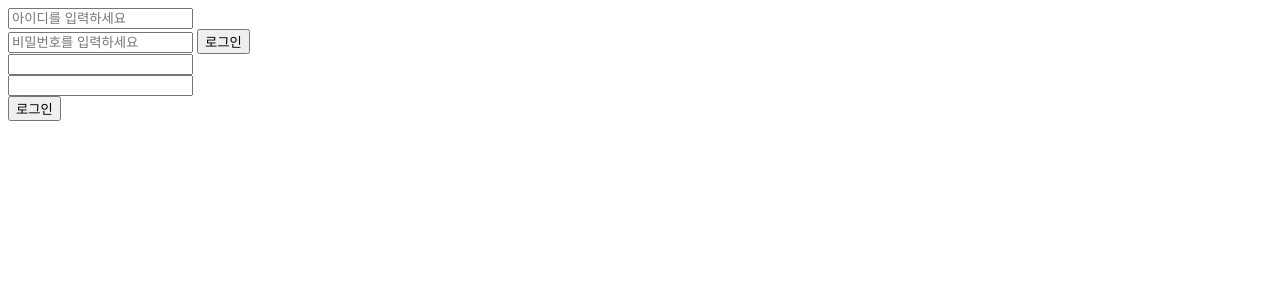
Repository: rmh6363/javastudy
Page: HelloWorld/WebContent/c.html
An editor plug-in stored every save of this project. The page is shown before and after the next save, followed by the edit.
The browser window is 1280 px wide. The pictures show the whole page.

Above is the page before, as saved 2020-12-04 06:12:42.

After the next save:
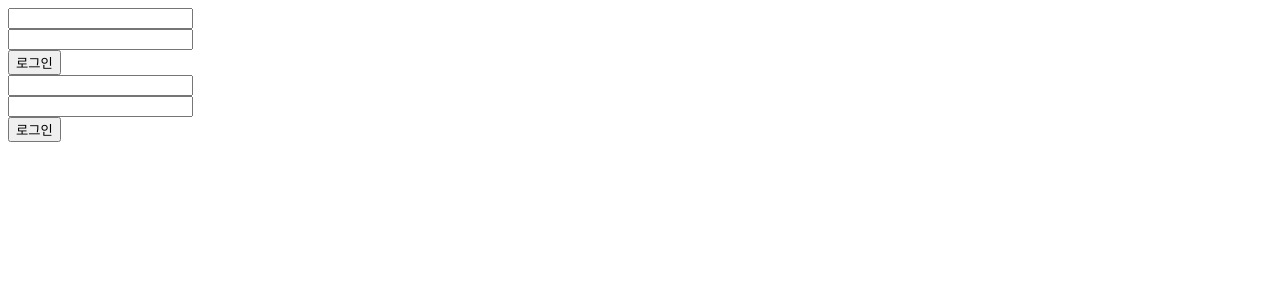
Saved 20 s later.
--- a/HelloWorld/WebContent/c.html
+++ b/HelloWorld/WebContent/c.html
@@ -7,9 +7,10 @@
 <body>
 <form action="a.html">
 
-   <input name = "id" placeholder="아이디를 입력하세요">
+   <input name = "id" >
    <br>
-   <input name = "pw" placeholder="비밀번호를 입력하세요">
+   <input name = "pw" >
+   <br>
    <input type="submit" value="로그인">
    <br>
 </form>
